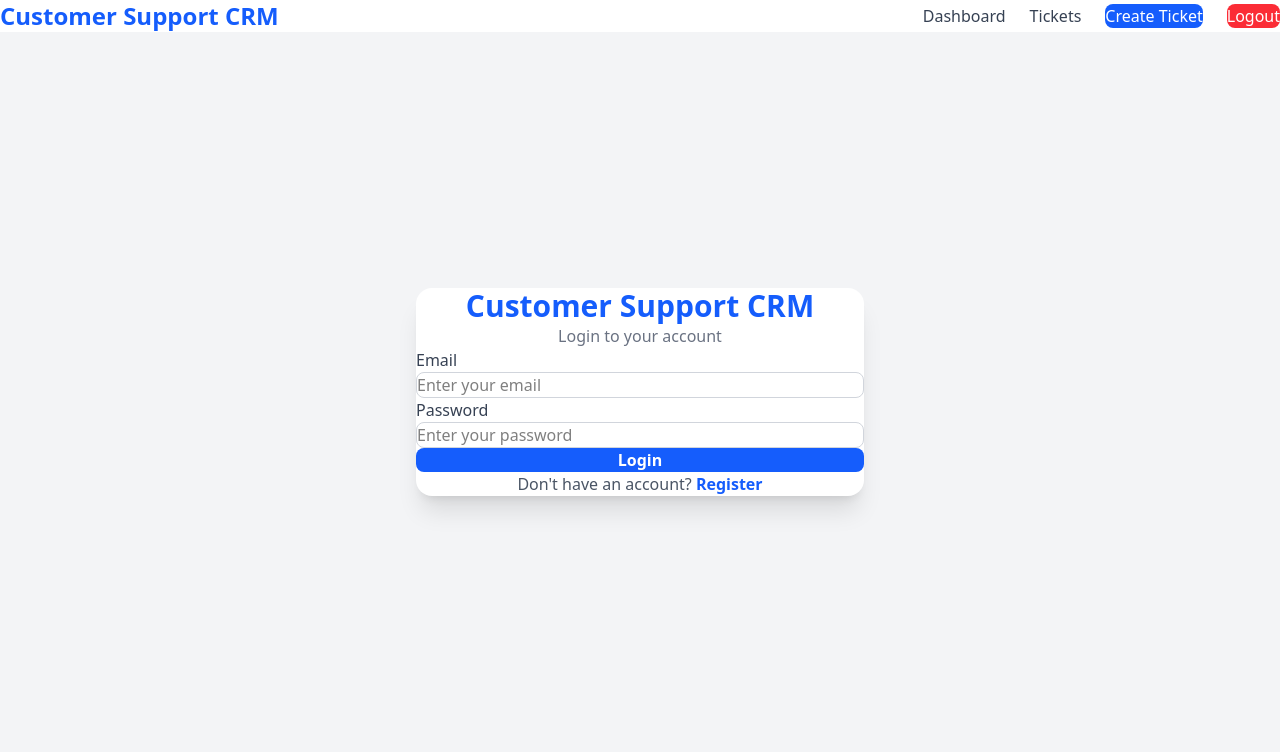
Repository: DeveshPatill/customer-support-crm-application
Page: / (app in client/client/)
The author's editor kept a copy of each file at every save. The page is drawn from the files as they stood at one save, then again after the next save.
The browser window is 1280 px wide. The pictures show the whole page.
The project was rebuilt for these pictures with package versions that can differ from the ones it lists, and the page was loaded fresh each time. Also part of the build but not shown: client/client/vite.config.js, client/client/src/pages/Register.jsx, client/client/src/pages/Dashboard.jsx, client/client/src/pages/Tickets.jsx, client/client/src/pages/CreateTicket.jsx, client/client/src/pages/TicketDetails.jsx, client/client/src/components/ProtectedRoute.jsx.

Above is the page before, as saved 2026-07-17 11:58:02.

### client/client/index.html
<!doctype html>
<html lang="en">
  <head>
    <meta charset="UTF-8" />
    <link rel="icon" type="image/svg+xml" href="/favicon.svg" />
    <meta name="viewport" content="width=device-width, initial-scale=1.0" />
    <title>client</title>
  </head>
  <body>
    <div id="root"></div>
    <script type="module" src="/src/main.jsx"></script>
  </body>
</html>

### client/client/src/App.jsx
// import { BrowserRouter, Routes, Route } from "react-router-dom";
// import ProtectedRoute from "./components/ProtectedRoute";
// import Login from "./pages/Login";
// import Dashboard from "./pages/Dashboard";
// import Navbar from "./components/Navbar";
// import Tickets from "./pages/Tickets";
// import CreateTicket from "./pages/CreateTicket";
// import TicketDetails from "./pages/TicketDetails";
// import { Toaster } from "react-hot-toast";
// import toast from "react-hot-toast";
// toast.success("Success");
// toast.error("Error");
// import Register from "./pages/Register";

// function App() {
//   return (
//     <BrowserRouter>
//      <Toaster position="top-right" />
//       <Navbar />

//       <Routes>
//         <Route path="/" element={<Login />} />
//         <Route path="/register" element={<Register />} />
//         <Route path="/dashboard" element={<Dashboard />} />
//         <Route path="/tickets" element={<Tickets />} />
//         <Route path="/tickets/new" element={<CreateTicket />} />
//         <Route path="/tickets/:id" element={<TicketDetails />} />

//       </Routes>
//     </BrowserRouter>
//   );
// }

// export default App;

import { BrowserRouter, Routes, Route } from "react-router-dom";

import Login from "./pages/Login";
import Register from "./pages/Register";
import Dashboard from "./pages/Dashboard";
import Tickets from "./pages/Tickets";
import CreateTicket from "./pages/CreateTicket";
import TicketDetails from "./pages/TicketDetails";

import Navbar from "./components/Navbar";
import ProtectedRoute from "./components/ProtectedRoute";

import { Toaster } from "react-hot-toast";

function App() {
  return (
    <BrowserRouter>
      <Toaster position="top-right" />

      <Navbar />

      <Routes>
        <Route path="/" element={<Login />} />
        <Route path="/login" element={<Login />} />
        <Route path="/register" element={<Register />} />

        <Route
          path="/dashboard"
          element={
            <ProtectedRoute>
              <Dashboard />
            </ProtectedRoute>
          }
        />

        <Route
          path="/tickets"
          element={
            <ProtectedRoute>
              <Tickets />
            </ProtectedRoute>
          }
        />

        <Route
          path="/tickets/new"
          element={
            <ProtectedRoute>
              <CreateTicket />
            </ProtectedRoute>
          }
        />

        <Route
          path="/tickets/:id"
          element={
            <ProtectedRoute>
              <TicketDetails />
            </ProtectedRoute>
          }
        />
      </Routes>
    </BrowserRouter>
  );
}

export default App;

### client/client/src/index.css
@import "tailwindcss";

* {
  margin: 0;
  padding: 0;
  box-sizing: border-box;
}

### client/client/src/pages/Login.jsx
// import { useState } from "react";
// import { useNavigate } from "react-router-dom";
// import api from "../services/api";
// import toast from "react-hot-toast";

// function Login() {
//     const navigate = useNavigate();

//     const [formData, setFormData] = useState({
//         email: "",
//         password: ""
//     });

//     const handleChange = (e) => {
//         setFormData({
//             ...formData,
//             [e.target.name]: e.target.value
//         });
//     };

//     const handleSubmit = async (e) => {
//         e.preventDefault();

//         try {
//             const response = await api.post(
//                 "/auth/login",
//                 formData
//             );
//             console.log(response.data);
//             localStorage.setItem(
//                 "token",
//                 response.data.token
//             );
//             console.log("Stored token:", localStorage.getItem("token"));
//             localStorage.setItem(
//                 "user",
//                 JSON.stringify(response.data.user)
//             );

//             toast.success("Login successful");

//             navigate("/dashboard");

//         } catch (error) {

//             toast.error(
//                 error.response?.data?.message ||
//                 "Login failed"
//             );
//         }
//     };

//     return (
//         <div>
//             <h1>Login</h1>

//             <form onSubmit={handleSubmit}>
//                 <input
//                     type="email"
//                     name="email"
//                     placeholder="Email"
//                     onChange={handleChange}
//                 />

//                 <br /><br />

//                 <input
//                     type="password"
//                     name="password"
//                     placeholder="Password"
//                     onChange={handleChange}
//                 />

//                 <br /><br />

//                 <button type="submit">
//                     Login
//                 </button>
//             </form>
//         </div>
//     );
// }

// export default Login;

import { useState } from "react";
import { useNavigate, Link } from "react-router-dom";
import api from "../services/api";
import toast from "react-hot-toast";

function Login() {
    const navigate = useNavigate();

    const [formData, setFormData] = useState({
        email: "",
        password: ""
    });

    const handleChange = (e) => {
        setFormData({
            ...formData,
            [e.target.name]: e.target.value
        });
    };

    const handleSubmit = async (e) => {
        e.preventDefault();

        try {
            const response = await api.post(
                "/auth/login",
                formData
            );

            localStorage.setItem(
                "token",
                response.data.token
            );

            localStorage.setItem(
                "user",
                JSON.stringify(response.data.user)
            );

            toast.success("Login successful");

            navigate("/dashboard");

        } catch (error) {
            toast.error(
                error.response?.data?.message ||
                "Login failed"
            );
        }
    };

    return (
        <div className="min-h-screen flex items-center justify-center bg-gray-100 px-4">
            <div className="bg-white shadow-xl rounded-2xl p-8 w-full max-w-md">

                <h1 className="text-3xl font-bold text-center text-blue-600 mb-2">
                    Customer Support CRM
                </h1>

                <p className="text-center text-gray-500 mb-8">
                    Login to your account
                </p>

                <form onSubmit={handleSubmit} className="space-y-5">

                    <div>
                        <label className="block mb-2 text-gray-700 font-medium">
                            Email
                        </label>

                        <input
                            type="email"
                            name="email"
                            placeholder="Enter your email"
                            value={formData.email}
                            onChange={handleChange}
                            className="w-full border border-gray-300 rounded-lg p-3 focus:outline-none focus:ring-2 focus:ring-blue-500"
                            required
                        />
                    </div>

                    <div>
                        <label className="block mb-2 text-gray-700 font-medium">
                            Password
                        </label>

                        <input
                            type="password"
                            name="password"
                            placeholder="Enter your password"
                            value={formData.password}
                            onChange={handleChange}
                            className="w-full border border-gray-300 rounded-lg p-3 focus:outline-none focus:ring-2 focus:ring-blue-500"
                            required
                        />
                    </div>

                    <button
                        type="submit"
                        className="w-full bg-blue-600 text-white py-3 rounded-lg font-semibold hover:bg-blue-700 transition duration-300"
                    >
                        Login
                    </button>

                    <p className="text-center text-gray-600">
                        Don't have an account?{" "}
                        <Link
                            to="/register"
                            className="text-blue-600 font-semibold hover:underline"
                        >
                            Register
                        </Link>
                    </p>

                </form>
            </div>
        </div>
    );
}

export default Login;

### client/client/src/components/Navbar.jsx
// import { useNavigate } from "react-router-dom";

// function Navbar() {
//     const navigate = useNavigate();

//     const handleLogout = () => {
//         localStorage.removeItem("token");
//         localStorage.removeItem("user");

//         navigate("/login");
//     };

//     return (
//         <nav>
//             <h2>Customer Support CRM</h2>

//             <button onClick={handleLogout}>
//                 Logout
//             </button>
//         </nav>
//     );
// }

// export default Navbar;

import { useNavigate, Link } from "react-router-dom";

function Navbar() {
    const navigate = useNavigate();

    const handleLogout = () => {
        localStorage.removeItem("token");
        localStorage.removeItem("user");

        navigate("/login");
    };

    return (
        <nav className="bg-white shadow-md px-8 py-4">
            <div className="max-w-7xl mx-auto flex justify-between items-center">

                {/* Logo */}
                <Link
                    to="/dashboard"
                    className="text-2xl font-bold text-blue-600"
                >
                    Customer Support CRM
                </Link>

                {/* Navigation Links */}
                <div className="flex items-center gap-6">

                    <Link
                        to="/dashboard"
                        className="text-gray-700 hover:text-blue-600 font-medium transition"
                    >
                        Dashboard
                    </Link>

                    <Link
                        to="/tickets"
                        className="text-gray-700 hover:text-blue-600 font-medium transition"
                    >
                        Tickets
                    </Link>

                    <Link
                        to="/tickets/new"
                        className="bg-blue-600 text-white px-4 py-2 rounded-lg hover:bg-blue-700 transition"
                    >
                        Create Ticket
                    </Link>

                    <button
                        onClick={handleLogout}
                        className="bg-red-500 text-white px-4 py-2 rounded-lg hover:bg-red-600 transition"
                    >
                        Logout
                    </button>

                </div>

            </div>
        </nav>
    );
}

export default Navbar;

### client/client/src/services/api.js
import axios from "axios";

const api = axios.create({
    baseURL: "http://localhost:5000/api"
});

api.interceptors.request.use((config) => {
    const token = localStorage.getItem("token");

    if (token) {
        config.headers.Authorization = `Bearer ${token}`;
    }

    return config;
});

export default api;

Loaded but not shown: client/client/src/main.jsx (common file)

After the next save:
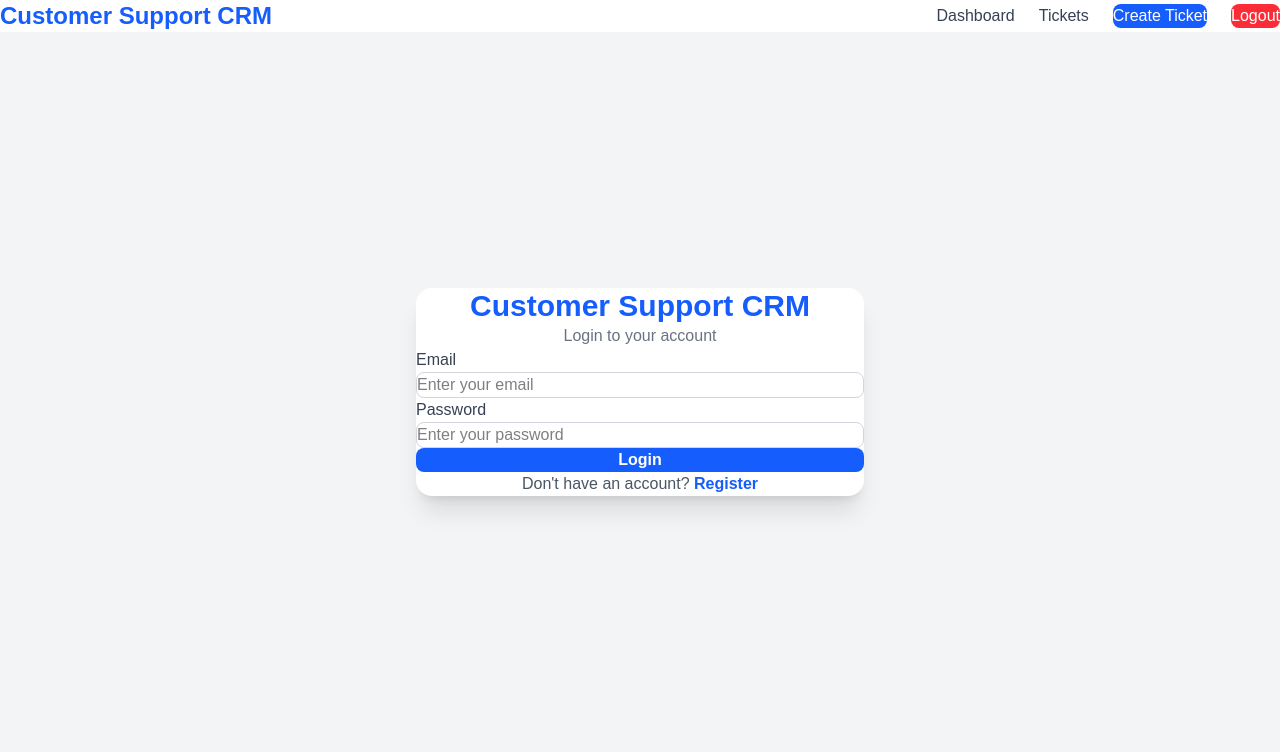
Saved 96 s later.
--- a/client/client/src/index.css
+++ b/client/client/src/index.css
@@ -5,3 +5,8 @@
   padding: 0;
   box-sizing: border-box;
 }
+body {
+  margin: 0;
+  font-family: sans-serif;
+  background-color: #f3f4f6;
+}
